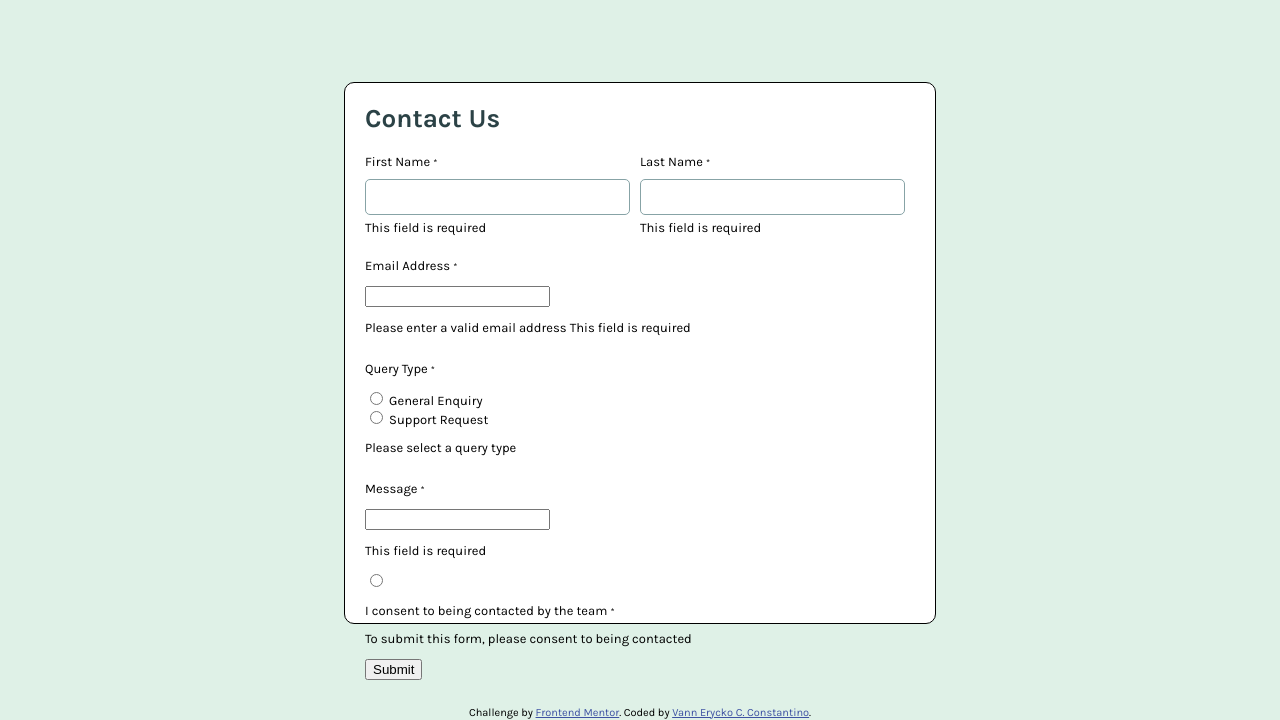
Repository: kocokoy/contact-form
Page: contact-form-main/index.html
These files come from the project's save history. The page is drawn as it stood at one moment and after the next save; the edit follows.
The browser window is 1280 px wide. The pictures show the whole page.

Above is the page before, as saved 2024-10-24 09:18:45.

After the next save:
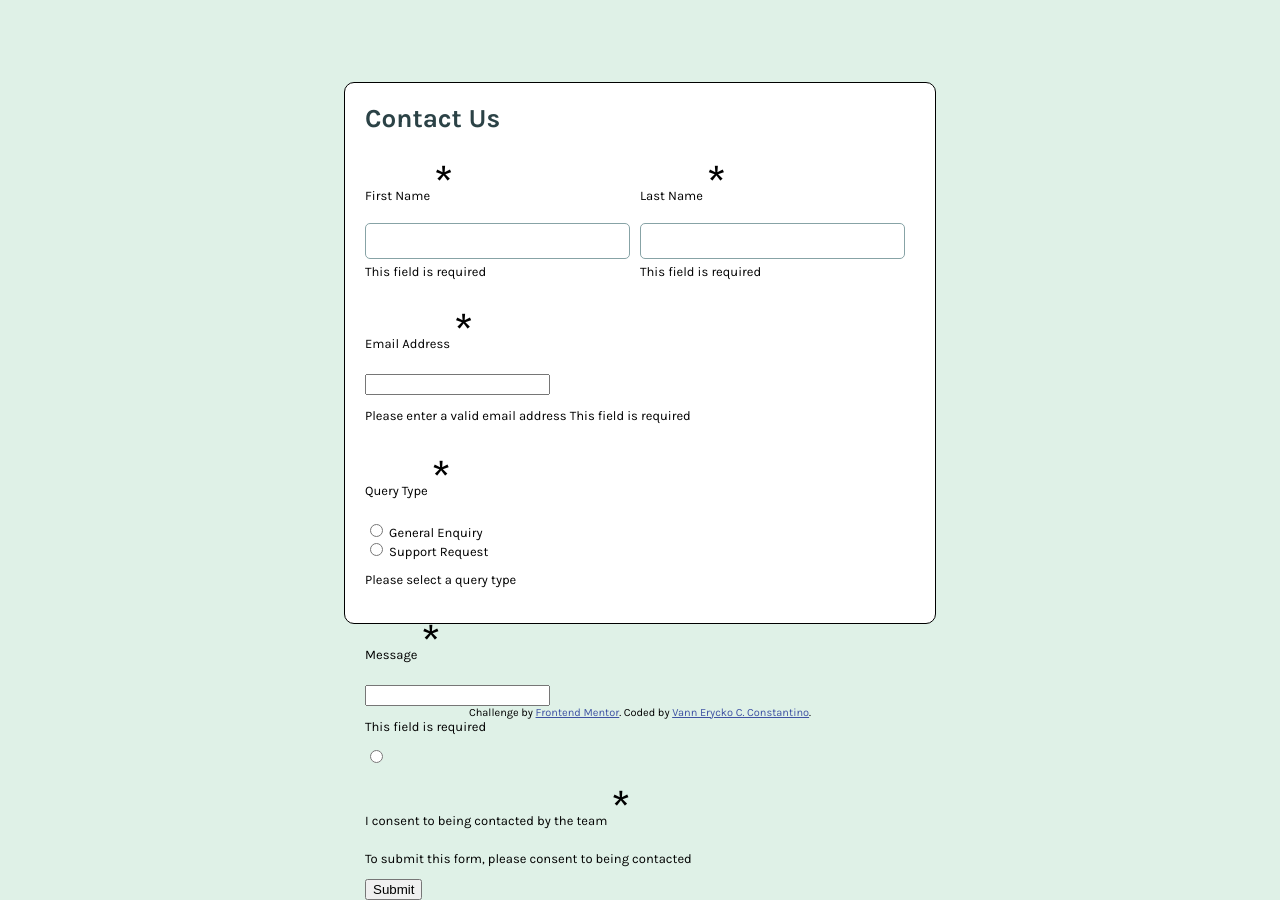
Saved 5 s later.
--- a/contact-form-main/styles/style.css
+++ b/contact-form-main/styles/style.css
@@ -19,7 +19,7 @@
 }
 
 span {
-  font-size: 10px;
+  font-size: 50px;
 }
 .container{
   display: flex;

After the 4 saves that followed:
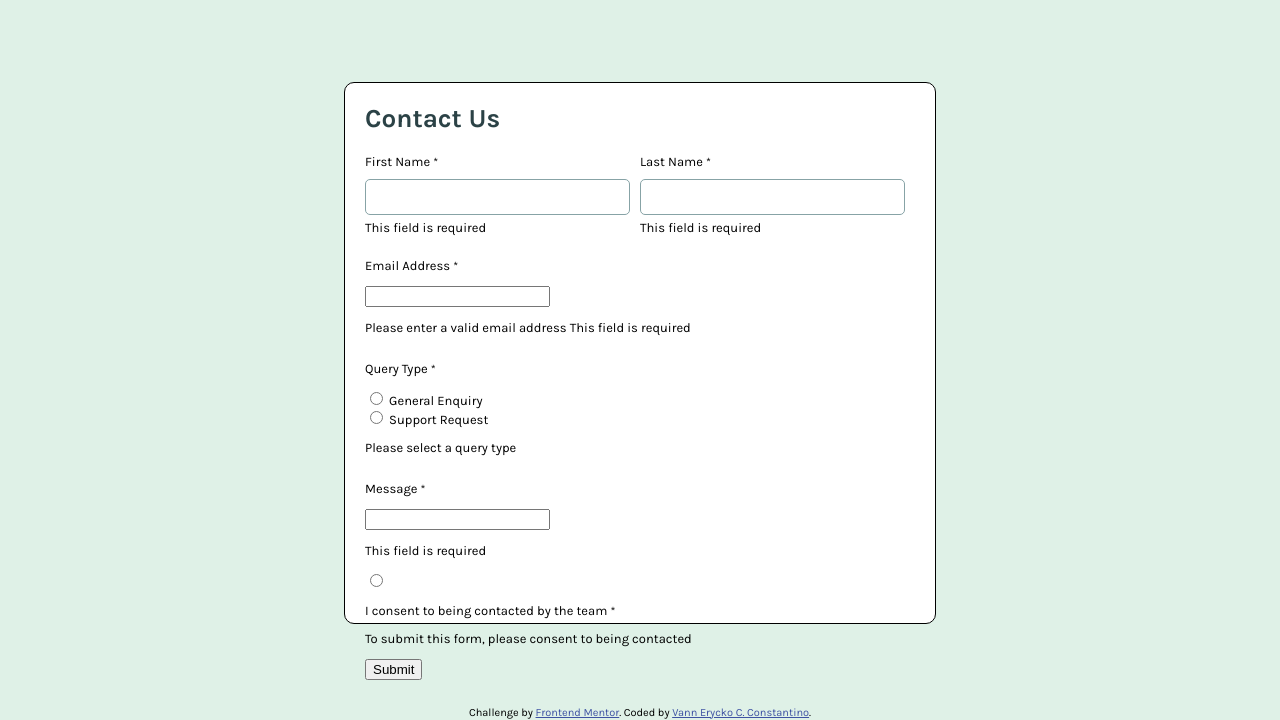
The 4 saves are shown as one change because they came seconds apart.
The last was saved 12 s later.
--- a/contact-form-main/styles/style.css
+++ b/contact-form-main/styles/style.css
@@ -19,7 +19,7 @@
 }
 
 span {
-  font-size: 50px;
+  font-size: 12px;
 }
 .container{
   display: flex;
